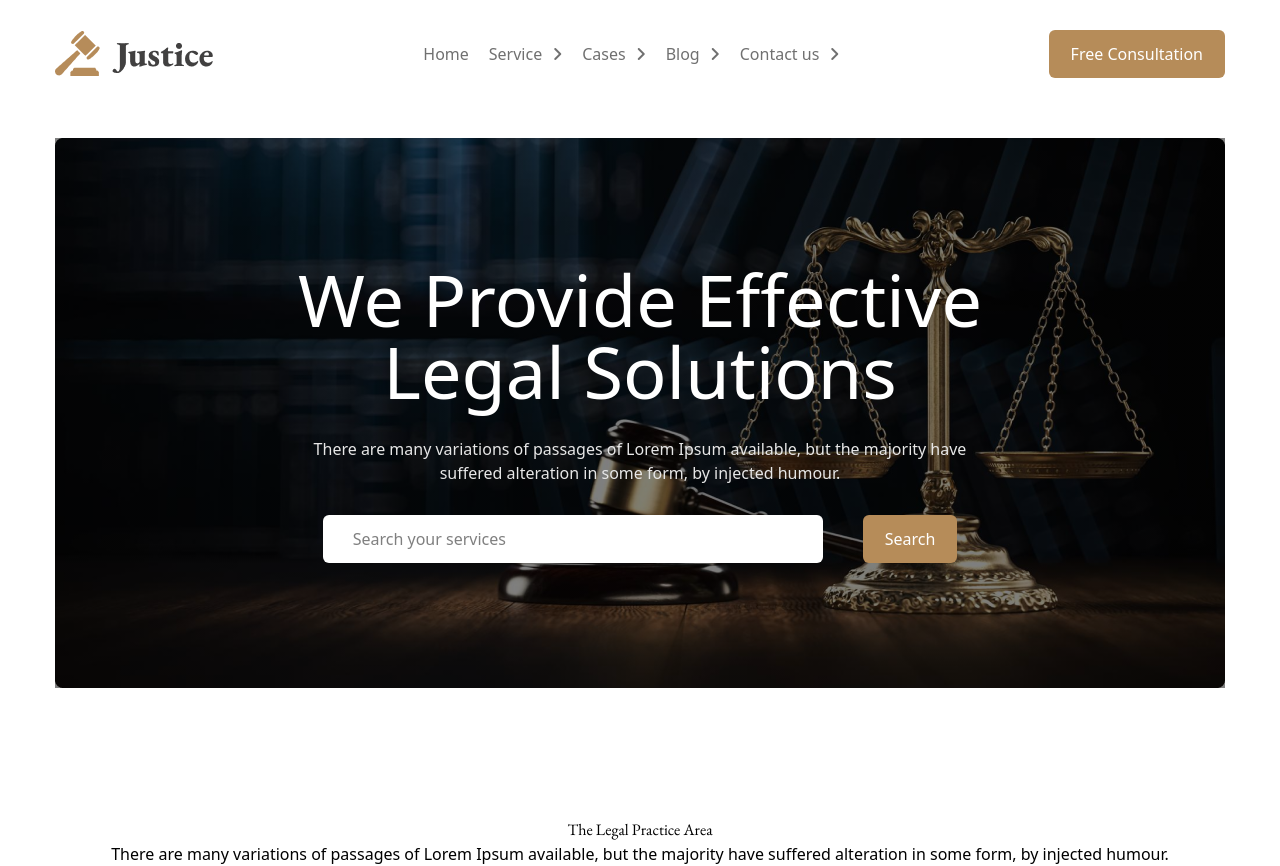
Repository: nahid-hasann/website-6
Page: index.html
These files come from the project's save history. The page is drawn as it stood at one moment and after a run of saves; the edit follows.
The browser window is 1280 px wide. The pictures show the whole page.

Above is the page before, as saved 2025-07-20 23:37:26.

After the next 3 saves:
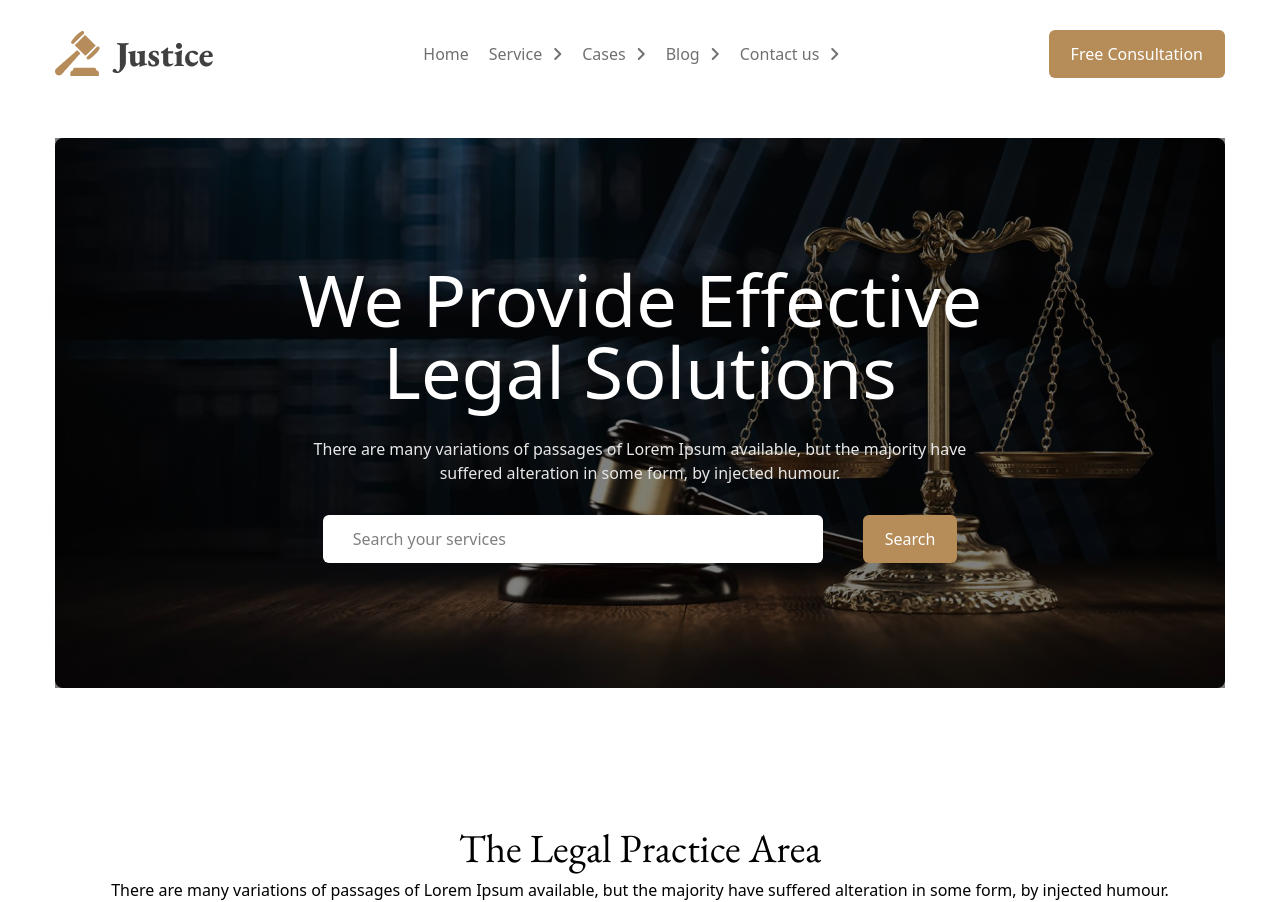
The 3 saves are shown as one change because they came seconds apart.
The last was saved 22 s later.
--- a/index.html
+++ b/index.html
@@ -49,7 +49,7 @@
 <main class="w-[1170px] mx-auto">
     <div class="card-section">
         <div class="card-content">
-            <h1 class="eb-garamond-ok text-center ">The Legal Practice Area</h1>
+            <h1 class="eb-garamond-ok text-[40px] text-center ">The Legal Practice Area</h1>
             <p class="text-center">There are many variations of passages of Lorem Ipsum available, but the majority have suffered alteration in some form, by injected humour.</p>
         </div>
     </div>
